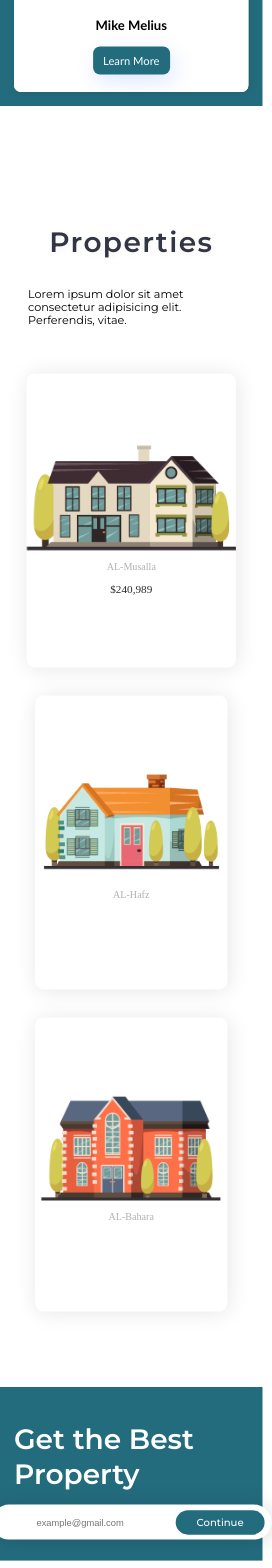
Repository: gabe126679/Mikes-site
Page: /
An editor plug-in stored every save of this project. The page is shown before and after the next save, followed by the edit.
The browser window is 375 px wide. The page is 388 px wide, so the pictures cover 388 px, including what lies to the right of the window. The pictures show the part of the page from y = 2808 to 5048 px (the page is 5048 px tall before and 4702 px after), at 70% of full size.
Some web libraries are served in a nearby version. The project was rebuilt for these pictures with package versions that can differ from the ones it lists, and the page was loaded fresh each time.

Above is the page before, as saved 2022-04-19 10:16:56.

### public/index.html
<!DOCTYPE html>
<html lang="en">
  <head>
    <meta charset="utf-8" />
    <link rel="icon" href="%PUBLIC_URL%/favicon.ico" />
    <meta name="viewport" content="width=device-width, initial-scale=1" />
    <meta name="theme-color" content="#000000" />
    <meta
      name="description"
      content="Web site created using create-react-app"
    />
    <link rel="apple-touch-icon" href="%PUBLIC_URL%/logo192.png" />

    <link rel="manifest" href="%PUBLIC_URL%/manifest.json" />
    <script src="https://kit.fontawesome.com/95dc93da07.js"></script>
    <title>Mike's Homes</title>
  </head>
  <body>
    <noscript>You need to enable JavaScript to run this app.</noscript>
    <div id="root"></div>

  </body>
</html>

### src/index.css
@import url('https://fonts.googleapis.com/css2?family=Montserrat:wght@300;400;500;600&display=swap');

/***fontawesome <script src="https://kit.fontawesome.com/95dc93da07.js"></script> *********/



body{
    margin:0px;
    padding: 0px;

    background-color: #ffffff;
    font-family: 'Montserrat', sans-serif;
}
*{
    box-sizing: border-box;
}
ul{
    list-style: none;
}
a{
    text-decoration: none;
}
button{
    outline: none;
    border: none;
}
input{
    outline: none;
    border: none;
}

.logo img{
    width: 120px;
}
.header{

    width:100%;
    height:768px;
    position: relative;
    background-repeat: no-repeat;
    background-size: cover;
    background-image: url("./images/header-bg.png");
}
nav{
	display: flex;
	justify-content: space-around;
	align-items: center;
	left: 0;
	top: 0;
	width:100%;
	z-index: 1;
	background-color: #FFFFFF;
}
nav ul{
	display: flex;
}
.active{
    background-color: #236c7e;
    color:rgb(255, 255, 255);
	box-shadow: 5px 10px 30px rgba(64, 149, 198, 0.411);
	transition: all ease 0.2s;
}
nav ul li a{
	height:40px;
	line-height: 43px;
	margin: 3px;
	padding: 0px 22px;
	display: flex;
	font-size: 0.8rem;
	text-transform: uppercase;
	font-weight: 500;
	color:#242424;
    letter-spacing: 1px;
    border-radius: 3px;
    transition: 0.2s ease-in-out;
}
.property{
    font-family: calibri;
	height:40px;
	line-height: 43px;
	padding: 0px 10px;
	display: flex;
	font-size: 0.8rem;
	text-transform: uppercase;
	font-weight: 500;
	color:#ffffff;
    letter-spacing: 1px;
    border-radius: 3px;
    transition: 0.2s ease-in-out;
    background-color: #236c7e;
}
nav ul li a:hover{
	background-color: #064757;
    color:#FFFFFF;
	box-shadow: 5px 10px 30px rgba(64, 149, 198, 0.411);
	transition: all ease 0.2s;
}
nav .menu-btn,
.menu-icon{
		display:none;
	}
.intro{
	font-family: 'Montserrat';
	width: 500px;
	position: absolute;
	left: 16%;
	top: 50%;
	transform: translate(-20%,-50%);
}
.intro span{
    color: #fc9700;
}
.intro .details{
    color: #1e4f5c;
}
.intro h1{
	font-family:'Montserrat';
	font-size: 46px;
	margin:0px;
	letter-spacing: 3px;
	color:#236c7e;
}
.intro p{
    color: #064757; font-weight: 500;
}
.header-btn{
	width:110px;
	height: 40px;
	display: flex;
	justify-content: center;
    align-items: center;
    background-color: #236c7e;
    box-shadow: 5px 10px 30px rgba(2, 82, 255, 0.137);
    border-radius: 10px;
	color:#ffffff;
}
.header-btn:hover{
	background-color: #04afda;
    transition: all ease 0.5s;
    color: #ffffff;
    box-shadow: 5px 0px 30px rgba(2, 154, 255, 0.39);
}
.container {
    max-width: 1140px;
    margin: 0 auto;
    padding: 0 20px;
}

.flex {
    display: flex;
    justify-content: space-between;
}
.how-it-works {
    padding: 3rem 0;
    background: #236c7e;
    text-align: center;
}

.how-it-works h2 {
    margin-bottom: 3rem;
    font-size: 2rem;
    font-family: 'Montserrat';
    color: #ffffff;
    font-weight: 600;
    text-transform: uppercase;
}

.how-it-works .flex > div {
    width: 30%;
}

.how-it-works h4 {
    color: #ffffff;
    margin-top: 1rem;
}
.how-it-works p{
    color: rgb(255, 196, 0);
}

.how-it-works span.fas {
    color: #ffffff;
    font-size: 35px;
}
  .about{
	width:100%;
	height: 100vh;
	background-color:#ffffff;
	box-sizing: border-box;
	display: flex;
	align-items: center;
	justify-content: space-between;
	padding: 50px 5% 0px 5%;
	position: relative;
}
.about-text{
	width: 50%;
}
.about-text h2{
	font-size: 2rem;
	color:#236c7e;
	font-weight: 400;
}
.about-text h2{
	margin: 0px;
	padding: 0px;
}
.about-text p{
	font-size: 1.2rem;
	color:#3a3a3a;

}
.about-text button{
	width: 140px;
	height: 40px;
	border-radius: 10px;
	border: none;
    outline: none;
    color: #ffffff;
	background-color:#236c7e;
}
.about-text button:hover{
	background-color: #04afda;
    transition: all ease 0.3s;
    color: #ffffff;
    box-shadow: 5px 0px 30px rgba(2, 154, 255, 0.39);
}
.about-model img{
    height: 400px;
}

.agent{
    width:100%;
    height:110vh;
    box-sizing: border-box;
    font-family: calibri;
    display: flex;
    flex-direction: column;
    align-items: center;
    justify-content: center;
    padding-top: 40px ;
    background: #236c7e;
}

.a-heading h1{
    color:#ffffff;
    font-size: 3rem;
    margin: 0px;
    padding: 0px;

}
.a-heading p{
    color:rgb(238, 238, 238);
    font-size: 1rem;
    margin: 0px;
    padding: 0px;
}
.a-heading{
    text-align: center;
    margin: 20px 0px;
}
.a-box{
    background-color: #ffffff;
    width:350px;
    height: 500px;
    margin: 20px;
    border-radius: 10px;
    overflow: hidden;
    box-shadow: 2px 2px 12px rgba(0,0,0,0.1);
    position: relative;
}
.b-container{
    display: flex;
    justify-content: center;
    align-content: center;
    width: 100%;

}
.a-b-img{
    width: 100%;
    height: 70%;

}
.a-b-img img{
    width:100%;
    height: 100%;
    object-fit: contain;
}
.a-b-text{
    width: 100%;
    height: 30%;
    background-color:#ffffff;
    display:flex;
    justify-content: center;
    align-items: center;
    text-align: center;
    flex-direction: column;
}
.a-box:hover{
    transform:translateY(-10px);
    transition: all ease 0.3s;

}
.agent-btn{
	width:110px;
	height: 40px;
	display: flex;
	justify-content: center;
    align-items: center;
    background-color: #236c7e;
    box-shadow: 5px 10px 30px rgba(2, 82, 255, 0.137);
    border-radius: 10px;
	color:#ffffff;
}
.agent-btn:hover{
	background-color: #04afda;
    transition: all ease 0.5s;
    color: #ffffff;
    box-shadow: 5px 0px 30px rgba(2, 154, 255, 0.39);
}

.product{
	width: 100%;
	background-color: #FFFFFF;
	display: flex;
	height: 760px;
	flex-direction: column;
	align-items: center;
	padding:40px 20px;
	position: relative;
	border-radius: 10px;
	margin-top: 70px;
}


.p-heading{

	margin:20px;
	text-shadow: 2px 2px 10px rgba(0,0,0,0.05);
}
.p-heading h3{
	font-weight: 600;
	letter-spacing: 2px;
	text-align: center;
	font-size:2.5rem;
	color:#323543;

}
.p-heading h3 font{
	color:#303030;
}
.product-container{
	display: flex;
	justify-content: center;
	align-items: center;
	flex-wrap: wrap;
	margin: 10px 0px;
	width:100%;
}
.p-box{
	width:350px;
	height: 420px;
	display: flex;
	justify-content: center;
	align-items: center;
	flex-direction: column;
	border-radius: 12px;
	position: relative;
	margin: 20px 30px;
    background-color: rgb(255, 255, 255);
    box-shadow: 2px 2px 30px rgba(0,0,0,0.1);
}
.p-box img{
	height:150px;
}
.p-box p{
	color:#4d4d4d70;
	font-family: myriad pro;
	font-size: 0.9rem;
	letter-spacing: 0.5;
}
.price{
	color:#2c2c2c;
	font-family: poppins;
	font-size: 1rem;;
}
.buy-btn{
	position: absolute;
	width:140px;
	height: 40px;
	display: flex;
	justify-content: center;
	align-items: center;
	font-family:calibri;
	left: 50%;
	bottom: 20px;
	transform: translateX(-50%);
	border-radius: 15% 15% 15% 15% / 50% 50% 50% 50%;
	background:linear-gradient(120deg,#064757 20%,#04afda);
	color:#FFFFFF;
	display: none;
	animation: fade 0.2s;
}
.p-box:hover .buy-btn{
	display: flex;
}
.p-box:hover{
	box-shadow: 2px 2px 30px rgba(0, 0, 0, 0.233);
	background-color:#FFFFFF;
}
.p-box:hover .price{
	color:#04afda;
	transition: all ease 0.2s;
}

@keyframes fade{
	0%{
		opacity: 0;
	}
	100%{
		opacity: 1;
	}
}
.contact{
    background-color: #236c7e;
	display:flex;
	flex-direction: column;
	justify-content: center;
	align-items: center;
    margin:10px 0px;
    margin-top: 80px;
    padding: 30px 0px;


}
.contact h3{
	font-size:2.5rem;
    margin:20px;
    color: #ffffff;
}
.contact-input{
	width:400px;
	height:50px;
	background-color:#FFFFFF;
	display:flex;
	justify-content: center;
	border-radius: 50px;
	box-shadow: 2px 2px 30px rgba(0,0,0,0.15);
}
.contact-input input{
	width:100%;
	background-color: transparent;
	border:none;
	outline: none;
	text-align: center;
	color:#242425;
}
.contact-input a{
	width:200px;
	height:35px;
	background-color:#236c7e;
	color:#FFFFFF;
	display: flex;
	font-size: 0.9rem;
	justify-content: center;
	align-items: center;
	margin: auto 10px;
	border-radius: 20px;
	font-weight: 500;
}
@media(max-width:1190px){
	.header{
        background-size: 1150px !important;
        text-align: center;
	}
	.intro{
		left: 10%;
		top: 50%;
		transform: translate(-10%,-50%);
	}
	.about-model img{
		height:400px;
    }
    .agent{
		height:auto;
    }
    .b-container{
		flex-wrap: wrap;
	}
    .a-box{
		flex-grow: 1;
	}
	.a-b-img img{
		object-fit:contain;
	}

}

@media(max-width:970px){
  .header {
    background-image: none;
  }
	.main{
		background-image: none !important;

	}
	.intro{
		left: 50%;
		top: 50%;
		transform: translate(-50%,-50%);
    }

	.about-model{
		display: none;
	}
	.about{
        text-align: center;
		justify-content: center;
		padding-top: 0px;
	}
	.about-text{
		width: 90%;
	}
	.about-text h1{
		font-size:4rem;
  }
  /* .product{
    width: 100%;
    background-color: #FFFFFF;
    display: flex;
    height: 760px;
    flex-direction: column;
    align-items: center;
    padding:40px 20px;
    position: relative;
    border-radius: 10px;
    margin-top: 70px;
  } */

}

@media(max-width:600px){
	.intro{
		width:60%;
    }}
    .scroll{
      left: 42.5%;
    }
  .header-btn{
    margin-right: 38%;
  }

    @media (max-width: 500px) {
        .how-it-works .flex {
            display: block;
        }
        .header-btn{
          margin-right: 28%;
        }
        .how-it-works .flex > div {
            width: 100%;
            margin-top: 2rem;
        }
        .contact{
            margin-top: 1000px;
        }

@media(max-width:1100px){.menu-icon{
    display:block;}
        nav{
            justify-content: space-between;
            height: 65px;
            padding: 0px 30px;
            position: fixed;
        }
        .property{
            background: none;
            font-size: 13px;
            color: #000;
            padding: 0px;
        }
        .logo img{
            width:70px;
        }
        .menu{
            display:none;
            position:absolute;
            top:65px;
            left:0px;
            background-color:#FFFFFF;
            border-bottom:4px solid #064757;
            width:100%;
            padding:0px;
            margin:0px;
        }
        .menu li{
            width:100%;
        }
        nav .menu li a{
            width:100%;
            height:40px;
            justify-content: center;
            align-items: center;
            margin:0px;
            padding: 25px;
            border:1px solid rgba(38,38,38,0.03);
        }
        nav .menu-icon{
            cursor:pointer;
            float:right;
            padding:28px 20px;
            position:relative;
            user-select: none;
        }
        nav .menu-icon .nav-icon{
            background-color:#333333;
            display:block;
            height:2px;
            position:relative;
            transition: background 0.2s ease-out;
            width:20px;
        }
        nav .menu-icon .nav-icon:before,
        nav .menu-icon .nav-icon:after{
            background:#333;
            content:'';
            display:block;
            height:100%;
            position:absolute;
            transition:all ease-out 0.2s;
            width:100%;
        }
        nav .menu-icon .nav-icon:before{
            top:5px;
        }
        nav .menu-icon .nav-icon:after{
            top:-5px;
        }
        nav .menu-btn:checked ~ .menu-icon .nav-icon{
            background:transparent;
        }
        nav .menu-btn:checked ~ .menu-icon .nav-icon:before{
            transform: rotate(-45deg);
            top:0;
        }
        nav .menu-btn:checked ~ .menu-icon .nav-icon:after{
            transform: rotate(45deg);
            top:0;
        }
        nav .menu-btn{
            display:none;
        }
        nav .menu-btn:checked ~ .menu{
            display:block;
        }}
        @media(max-width:400px){
            .s-box{
                width: 100%;
                height:400px;
            }
            .header-btn{
              margin-left: 38%;
            }
        }}

### src/App.js
import React from 'react';
import Header from './components/Header'
import Howitworks from './components/Howitworks'
import About from './components/About'
import Agent from './components/Agent'
import Properties from './components/Properties'
import Contact from './components/Contact'

function App() {
  return (
    <div className="App">
      <Header />
      <Howitworks />
      <About />
      <Agent />
      <Properties />
      <Contact />
    </div>
  );
}

export default App;

### src/components/Header.jsx
import React from 'react';
import Navbar from './Navbar'

function Header() {
  return (
    <div className="header">
        <Navbar />
        <div className="intro">
            <p>Looking for a Property !</p>
            <h1><span>Buy </span>and <span>Sell </span> Properties</h1>
            <p className="details">Lorem ipsum dolor sit amet consectetur, repellat a hic totam iure voluptatem expedita. Ipsam nobis aspernatur voluptatum? hic totam iure voluptatem expedita. </p>
            <a href="#" className="header-btn">Details</a>

        </div>
    </div>
  )
}

export default Header

### src/components/Howitworks.jsx
import React from 'react'

function Howitworks() {
  return (
    <div className="how-it-works">
        <div className="container">
            <h2>How It Works</h2>
            <div className="flex">
                <div>
                    <span className="fas fa-home"></span>
                    <h4>Find a Property</h4>
                    <p>Lorem ipsum dolor sit, amet consectetur adipisicing elit.</p>
                </div>

                <div>
                    <span className="fas fa-dollar-sign"></span>
                    <h4>Find a Property</h4>
                    <p>Lorem ipsum dolor sit, amet consectetur adipisicing elit.</p>
                </div>

                <div>
                    <span className="fas fa-chart-line"></span>
                    <h4>Find a Property</h4>
                    <p>Lorem ipsum dolor sit, amet consectetur adipisicing elit.</p>
                </div>
            </div>
        </div>
    </div>
  )
}

export default Howitworks;

### src/components/About.jsx
import React from 'react'
import aboutimage from '../images/hero.png';

function About() {
  return (
    <div className="about">
      <div className="about-model">
        <img src={aboutimage} alt="about image"/>
      </div>
      <div className="about-text">
        <h2>Best in your area <br/>Wholesale Real Estate</h2>
        <p>Lorem ipsum dolor sit, amet consectetur adipisicing elit. Minima aut libero at quod, eius vero enim, exercitationem ipsa repellendus magnam iure eaque placeat alias recusandae consequatur. Doloribus earum officia voluptatum veniam necessitatibus ratione dolor quam?</p>
        <button>View More Details</button>
      </div>
    </div>
  )
}

export default About

### src/components/Agent.jsx
import React from 'react'
import Agentbox from './Agentbox';
import agentimage1 from '../images/s1.png';

function Agent() {
  return (
    <div className="agent">
        <div className="a-heading">
            <h1>Agents</h1>
            <p>Lorem ipsum dolor sit amet consectetur adipisicing elit. Voluptas, vel.</p>
        </div>
        <div className="b-container">
            <Agentbox image={agentimage1} name="Mike Melius"/>
        </div>
    </div>
  )
}

export default Agent;

### src/components/Properties.jsx
import React from 'react'
import Bproperty from "./Bproperty";
import pimage1 from "../images/p1.png"
import pimage2 from "../images/p2.png"
import pimage3 from "../images/p3.png"

function Properties() {
  return (



    <div className="product">
        <div className="p-heading">
            <h3>Properties</h3>
            <p>Lorem ipsum dolor sit amet consectetur adipisicing elit. Perferendis, vitae.</p>
        </div>

        <div className="product-container">
            <Bproperty image={pimage1} name="AL-Musalla" price="$240,989" />
            <Bproperty image={pimage2} name="AL-Hafz" price="" />
            <Bproperty image={pimage3} name="AL-Bahara" price="" />
        </div>
    </div>



  )
}

export default Properties;

### src/components/Contact.jsx
import React from 'react';

function Contact() {
  return (
    <div className="contact">
        <h3>Get the Best Property</h3>
        <div className="contact-input">
            <input type="email" placeholder="example@gmail.com"/>
            <a href="#">Continue</a>
        </div>
    </div>
  )
}

export default Contact;

### src/components/Navbar.jsx
import React from 'react'
import logo from "../images/logo1.png"

function Navbar() {
  return (
    <nav>
        <a href="#" className="logo">
            <img src={logo} alt="logo"/>
        </a>
        <input className="menu-btn" type="checkbox" id="menu-btn"/>
        <label className="menu-icon" for="menu-btn">
            <span className="nav-icon"></span>
        </label>
        <ul className="menu">
            <li><a href="#" className="active">Home</a></li>
            <li><a href="#">About</a></li>
            <li><a href="#">Agents</a></li>
            <li><a href="#">Contact</a></li>
        </ul>
        <a href="#" className="property">Appointments</a>
    </nav>
  )
}

export default Navbar

### src/components/Agentbox.jsx
import React from 'react'

function Agentbox(props) {
  return (
    <div className="a-box">
        <div className="a-b-img">
            <img src={props.image} alt=""/>
        </div>
        <div className="a-b-text">
            <h3>{props.name}</h3>
            <a href="#" className="agent-btn">Learn More</a>
        </div>
    </div>
  )
}

export default Agentbox;

### src/components/Bproperty.jsx
import React from 'react'

function Bproperty(props) {
  return (
    <div className="p-box">
        <img src={props.image} alt="product"/>
        <p> {props.name} </p>
        <a href="#" className="price">
            {props.price}
        </a>
        <a href="#" className="buy-btn">
            Add to Cart
        </a>
    </div>
  )
}

export default Bproperty;

Loaded but not shown: src/index.js (common file)

After the next save:
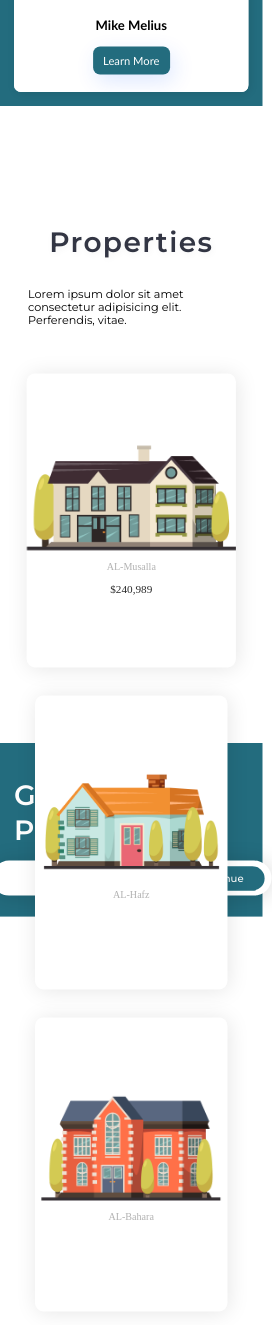
Saved 2 min 19 s later.
--- a/src/index.css
+++ b/src/index.css
@@ -523,7 +523,7 @@
 	.about-text h1{
 		font-size:4rem;
   }
-  /* .product{
+  .product{
     width: 100%;
     background-color: #FFFFFF;
     display: flex;
@@ -534,7 +534,7 @@
     position: relative;
     border-radius: 10px;
     margin-top: 70px;
-  } */
+  }
 
 }
 
@@ -561,7 +561,7 @@
             margin-top: 2rem;
         }
         .contact{
-            margin-top: 1000px;
+
         }
 
 @media(max-width:1100px){.menu-icon{

After the save that followed:
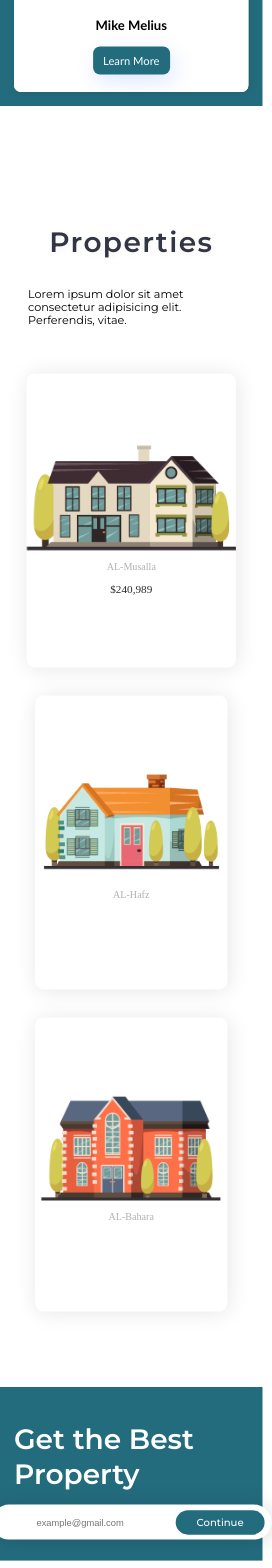
Saved 7 s later.
--- a/src/index.css
+++ b/src/index.css
@@ -561,7 +561,7 @@
             margin-top: 2rem;
         }
         .contact{
-
+          margin-top: 1000px;
         }
 
 @media(max-width:1100px){.menu-icon{
